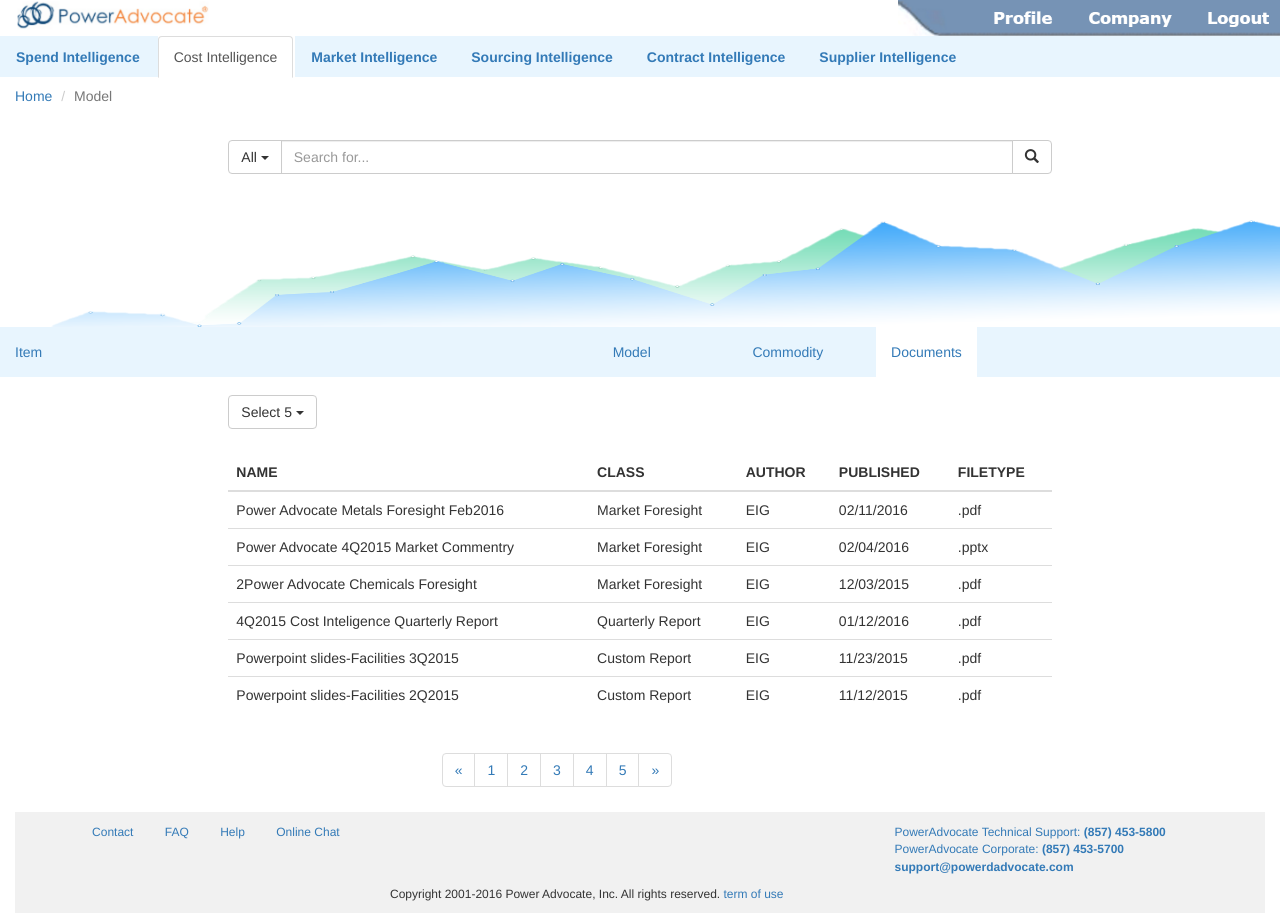
Repository: SamiraMansouri/PowerAdvocate-CostIntelligence-Application-new-Design-using-UserExperience-Method-
Page: http://localhost/PowerAdvocate/WEB-INF/views/Documents.jsp
An editor plug-in stored every save of this project. The page is shown before and after the next save, followed by the edit.
The browser window is 1280 px wide. The pictures show the whole page.
The page is served by Tomcat 9. Nobody is signed in. The template is opened directly, without the code that normally fills it, so the values that code supplies are empty.

Above is the page before, as saved 2016-04-25 05:54:05.

After the next save:
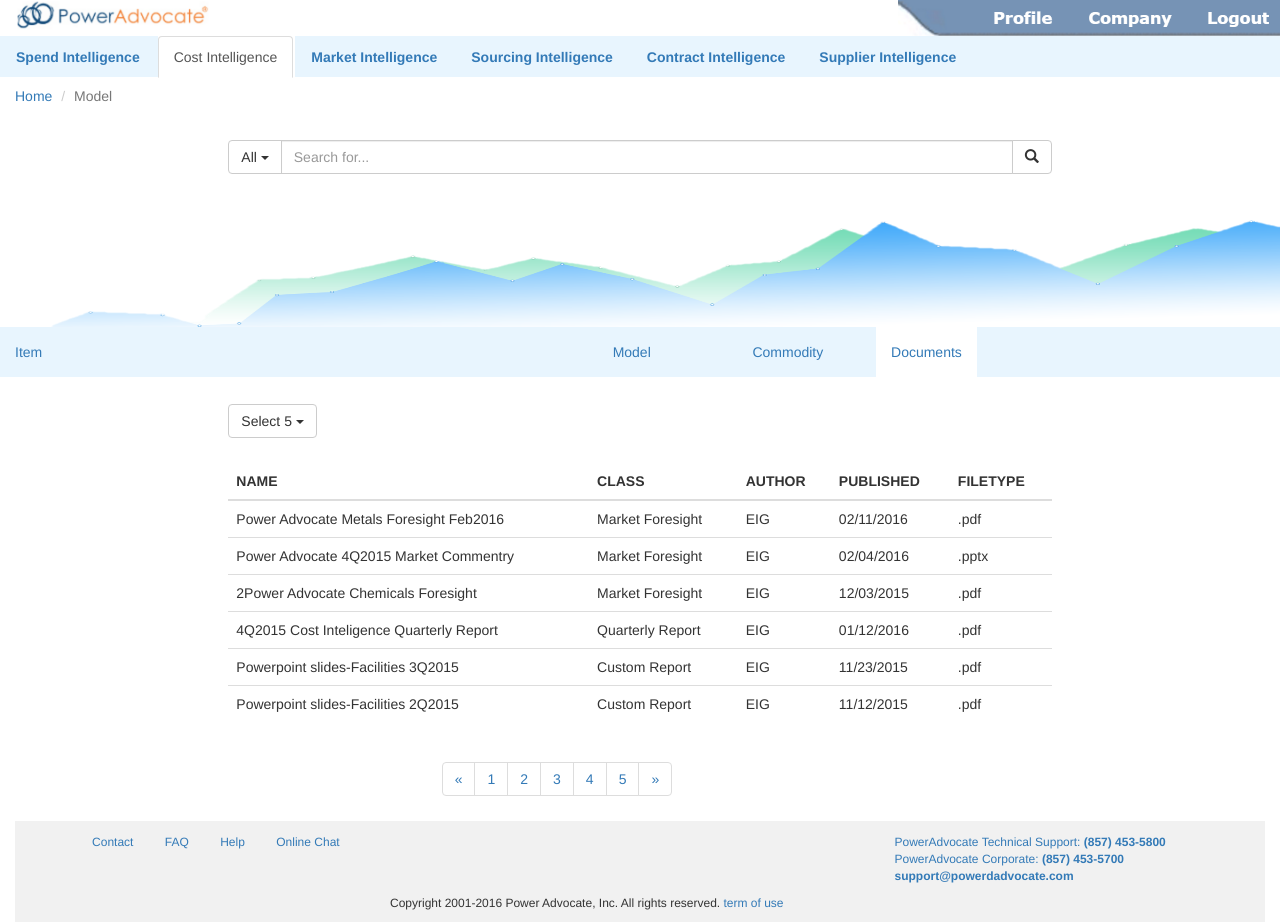
Saved 10 s later.
--- a/PowerAdvocate-Prototype/PowerAdvocate/src/main/webapp/WEB-INF/views/Documents.jsp
+++ b/PowerAdvocate-Prototype/PowerAdvocate/src/main/webapp/WEB-INF/views/Documents.jsp
@@ -223,7 +223,7 @@
 		 <div class="row " >
     	<div class="col-md-2"></div>
     	<div class="col-md-2">
-    		  <div class="dropdown pull-left" style="margin-top:10%;">
+    		  <div class="dropdown pull-left" style="margin-top:15%;">
   						<button class="btn btn-default dropdown-toggle" type="button" id="dropdownMenu2" data-toggle="dropdown" aria-haspopup="true" aria-expanded="false">
     							Select 5
     						<span class="caret"></span>
